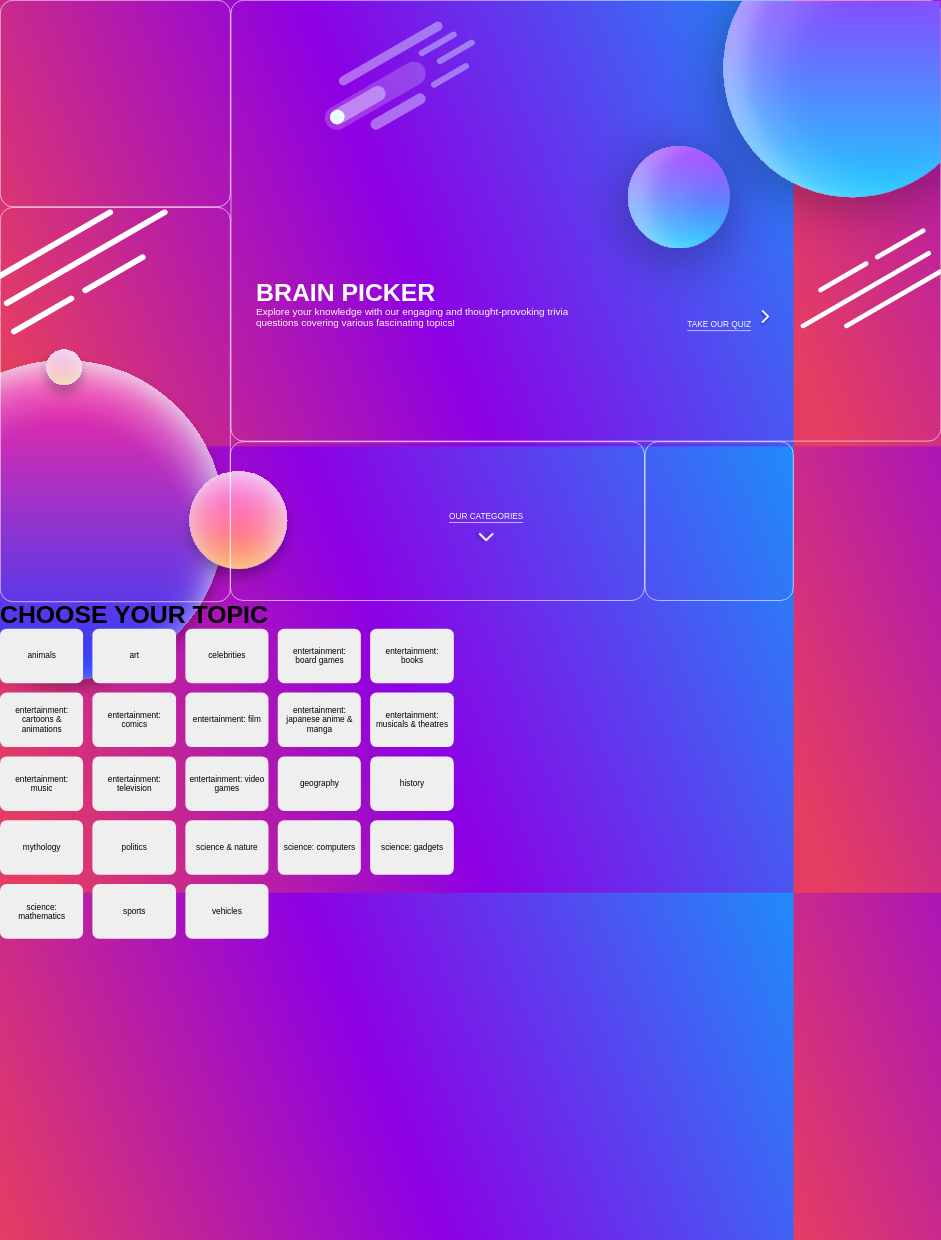
Repository: pjiang604/COMP-2170_Final-Project
Page: index.html
The author's editor kept a copy of each file at every save. The page is drawn from the files as they stood at one save, then again after the next save.
The browser window is 1280 px wide. The page is 1518 px wide, so the pictures cover 1518 px, including what lies to the right of the window. The pictures show the whole page, at 62% of full size.
Backgrounds fixed to the window are drawn as part of the page.

Above is the page before, as saved 2023-04-30 12:12:57.

### index.html
<!DOCTYPE html>
<html lang="en">
  <head>
    <meta charset="UTF-8">
    <meta http-equiv="X-UA-Compatible" content="IE=edge">
    <meta name="viewport" content="width=device-width, initial-scale=1.0">
    <link rel="stylesheet" href="style.css">
    <title> Brain Picker </title>
    <script src="/easy.js"></script>
    <script src="/medium.js"></script>
    <script src="/hard.js"></script>
  </head>
  <body>
    <div class="container">
      <div class="graphic__left">
        <img class="bottom__left_sphere" src="/Assets/bg_graphics/bottom_left_sphere_group.svg" alt="">
        <img class="left__shooting_star" src="/Assets/bg_graphics/shooting_star_left.svg" alt="">
      </div>
      <div class="left__containers">
        <div class="left__container_top"></div>
        <div class="left__container_bottom"></div>
      </div>
      <div class="quiz__container">
        <div class="left__content">
          <h1> BRAIN PICKER </h1>
          <p> Explore your knowledge with our engaging and thought-provoking trivia questions covering various fascinating topics! </p>
        </div>
        <div class="right__content">
          <div class="graphics">
            <img class="shooting__star_top" src="/Assets/bg_graphics/shooting_star_alt.svg" alt="">
            <img class="top__right_sphere" src="/Assets/bg_graphics/top_right_sphere_group.svg" alt="">
            <img class="star__right" src="/Assets/bg_graphics/shooting_star_right.svg" alt="">
          </div>
          <div class="quiz__button">
            <a href="#">
              <button class="take__quiz_button"> TAKE OUR QUIZ </button>
              <img class="quiz__arrow" src="/Assets/buttons/arrow-head.svg" alt="">
            </a>
          </div>
        </div>
      </div>
    </div>
    <div class="bottom__containers">
      <div class="bottom__container_left">
        <a href="#">
          <button class="categories__button"> OUR CATEGORIES </button>
        </a>
        <img class="categories__arrow" src="/Assets/buttons/arrow-head.svg" alt="" width="30px">
      </div>
      <div class="bottom__container_right"></div>
    </div>

    <div class="categories__section">
      <h1 class="topics_header">CHOOSE YOUR TOPIC</h1>

      <div class="categories_container">
        <button class='topic_button' id="animals">animals</button>
        <button class='topic_button' id="art">art</button>
        <button class='topic_button' id="celebrities">celebrities</button>
        <button class='topic_button' id="board_games">entertainment: board games</button>
        <button class='topic_button' id="books">entertainment: books</button>
        <button class='topic_button' id="cartoons_animations">entertainment: cartoons & animations</button>
        <button class='topic_button' id="comics">entertainment: comics</button>
        <button class='topic_button' id="film">entertainment: film</button>
        <button class='topic_button' id="japanese_anime">entertainment: japanese anime & manga</button>
        <button class='topic_button' id="musicals_theatre">entertainment: musicals & theatres</button>
        <button class='topic_button' id="music">entertainment: music</button>
        <button class='topic_button' id="television">entertainment: television</button>
        <button class='topic_button' id="video_games">entertainment: video games</button>
        <button class='topic_button' id="geography">geography</button>
        <button class='topic_button' id="history">history</button>
        <button class='topic_button' id="mythology">mythology</button>
        <button class='topic_button' id="politics">politics</button>
        <button class='topic_button' id="science_nature">science & nature</button>
        <button class='topic_button' id="computers">science: computers</button>
        <button class='topic_button' id="gadgets">science: gadgets </button>
        <button class='topic_button' id="mathematics">science: mathematics</button>
        <button class='topic_button' id="sports">sports</button>
        <button class='topic_button' id="vehicles">vehicles</button>
      </div>
    </div>

  </body>
</html>

### style.css
:root {
	--font-family: Arial, Helvetica, sans-serif;
	--font-weight-general: normal;
	--font-weight-light: 100;
	--font-weight-bold: bold;
	--font-size-body: 12pt;
	--font-size-heading: 30pt;
	--font-size-sub-heading: 22pt;

	--white: #fff;
	--black: #000000;
}

h1 {
	font-size: var(--font-size-heading);
	font-weight: var(--font-weight-bold);
	font-family: var(--font-family);
}

h2 {
	font-size: var(--font-size-sub-heading);
	font-weight: var(--font-weight-bold);
	font-family: var(--font-family);
}

p {
	font-size: var(--font-size-body);
	font-weight: var(--font-weight-general);
	font-family: var(--font-family);
}

* {
	margin: 0;
}

body {
	/* Linear gradient bg */
	background: linear-gradient(247.38deg, #2189FA 0.96%, #8D00E4 50.19%, #E53D62 95.42%);
	min-height: 2000px;
	background-attachment: fixed;
	background-position: center;
	background-repeat: no-repeat;
	background-size: cover;
	max-width: 100%;
}

/**Main container**/
.container {
	display: flex;
}

.bottom__left_sphere {
	position: absolute;
	width: 30rem;
	top: 35rem;
	z-index: -1;
}

.left__shooting_star {
	width: 17rem;
	position: absolute;
	top: 21rem;
}

/**Left containers**/
.left__container_top {
	box-sizing: border-box;
	display: flex;
	width: 372px;
	height: 334px;
	border: 0.25px solid #FFFFFF;
	border-radius: 21px;
}

.left__container_bottom {
	box-sizing: border-box;
	display: flex;
	width: 372px;
	height: 637px;
	border: 0.25px solid #FFFFFF;
	border-radius: 21px;
}

/**Bottom containers**/
.bottom__containers {
	display: flex;
	margin-top: -16.2rem;
	/* justify-content: end; */
	padding-left: 23.2rem;
}

.bottom__container_left {
	box-sizing: border-box;
	display: flex;
	width: 52.8rem;
	height: 257px;
	border: 0.25px solid #FFFFFF;
	border-radius: 21px;
}

.bottom__container_right {
	box-sizing: border-box;
	display: flex;
	width: 303px;
	height: 257px;
	border: 0.25px solid #FFFFFF;
	border-radius: 21px;
}

/**Quiz Section**/
.quiz__container {
	box-sizing: border-box;
	display: flex;
	width: 71.6rem;
	height: 44.5rem;
	border: 0.15px solid #FFFFFF;
	border-radius: 21px;
}

.shooting__star_top {
	position: absolute;
	right: 32rem;
	top: 2rem;
}

.top__right_sphere {
	display: flex;
	justify-content: end;
}

.star__right {
	display: flex;
	position: relative;
	float: right;
	bottom: 8rem;
}

.left__content {
	color: var(--white);
	width: 40rem;
	padding-left: 2.5rem;
	padding-top: 28rem;
}

.take__quiz_button {
	border: none;
	text-decoration: underline;
	text-underline-offset: 5px;
	color: var(--white);
	background: none;
	padding-left: 11rem;
	cursor: pointer;
}

.quiz__button>a {
	text-decoration: none;
}


.categories__button {
	border: none;
	text-decoration: underline;
	text-underline-offset: 5px;
	color: var(--white);
	background: none;
	padding-left: 22rem;
	padding-top: 7rem;
	cursor: pointer;
}

.categories__arrow {
	rotate: 90deg;
	margin-top: 2.5rem;
	position: absolute;
	left: 48rem;
	top: 50.5rem;
}

.bottom__container_left>a {
	text-decoration: none;
}


/** Topics Section **/

.categories_container{
	display: grid;
	grid-template-columns: 8.4rem 8.4rem 8.4rem 8.4rem 8.4rem;
	gap: .935rem;
}

.topic_button{
	width: 8.4rem;
	height: 5.5rem;
	border-radius: 0.656rem;
	border: .5rem;
}

Loaded but not shown: easy.js (no stored copy; drawn as an empty file); medium.js (no stored copy; drawn as an empty file); hard.js (no stored copy; drawn as an empty file)

After the next save:
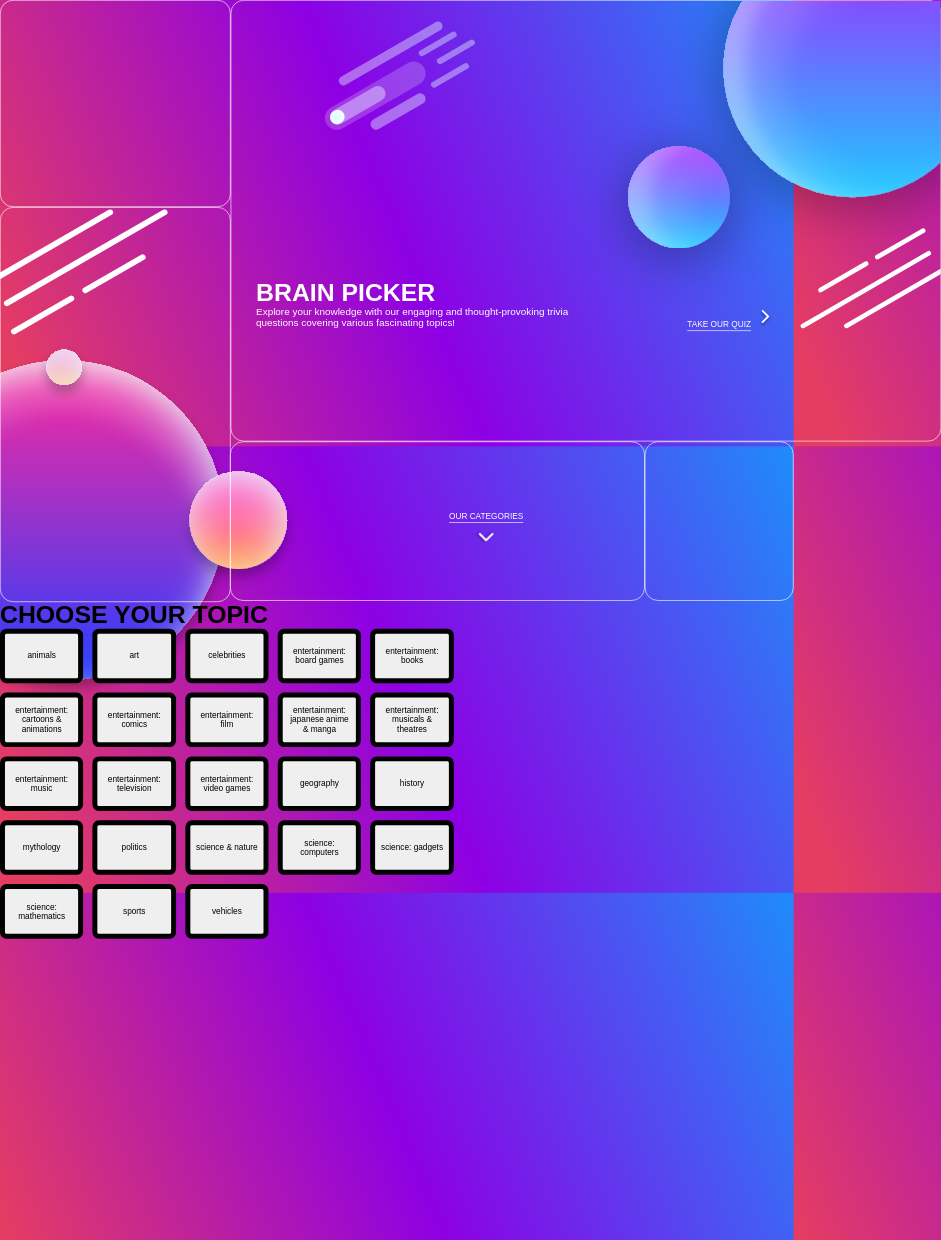
Saved 13 s later.
--- a/style.css
+++ b/style.css
@@ -193,5 +193,6 @@ body {
 	width: 8.4rem;
 	height: 5.5rem;
 	border-radius: 0.656rem;
-	border: .5rem;
+	border: .5rem solid;
+
 }
